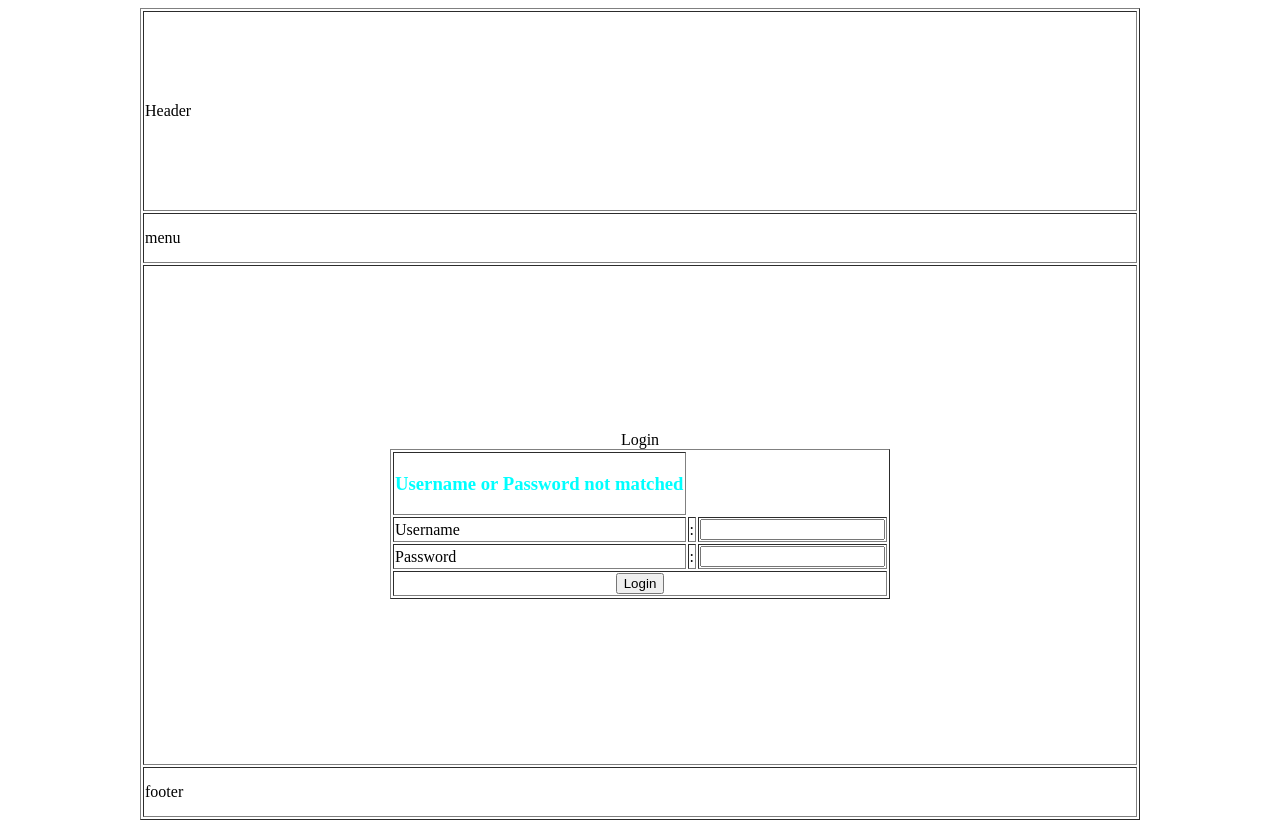
Repository: PraveenRavipati/MyWork
Page: Java/workspaces/office Java WorkScapces/training/LoginProperty/WebContent/LoginErr.html
These files come from the project's save history. The page is drawn as it stood at one moment and after the next save; the edit follows.
The browser window is 1280 px wide. The pictures show the whole page.

Above is the page before, as saved 2014-06-05 05:28:44.

After the next save:
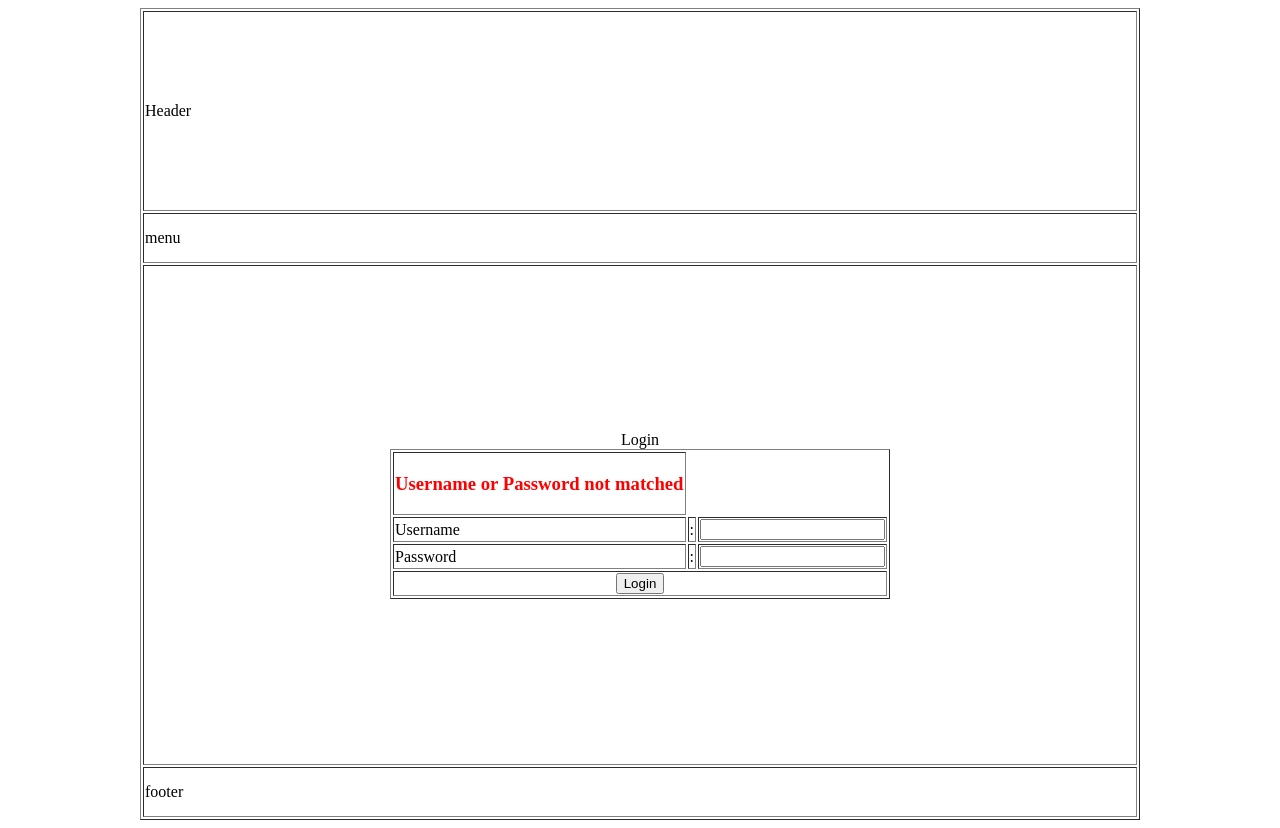
Saved 24 s later.
--- a/Java/workspaces/office Java WorkScapces/training/LoginProperty/WebContent/style2.css
+++ b/Java/workspaces/office Java WorkScapces/training/LoginProperty/WebContent/style2.css
@@ -2,5 +2,5 @@
 #notMatch{
 	font-family: serif;
 	font: small-caps;
-	color: aqua;
+	color: red;
 }
